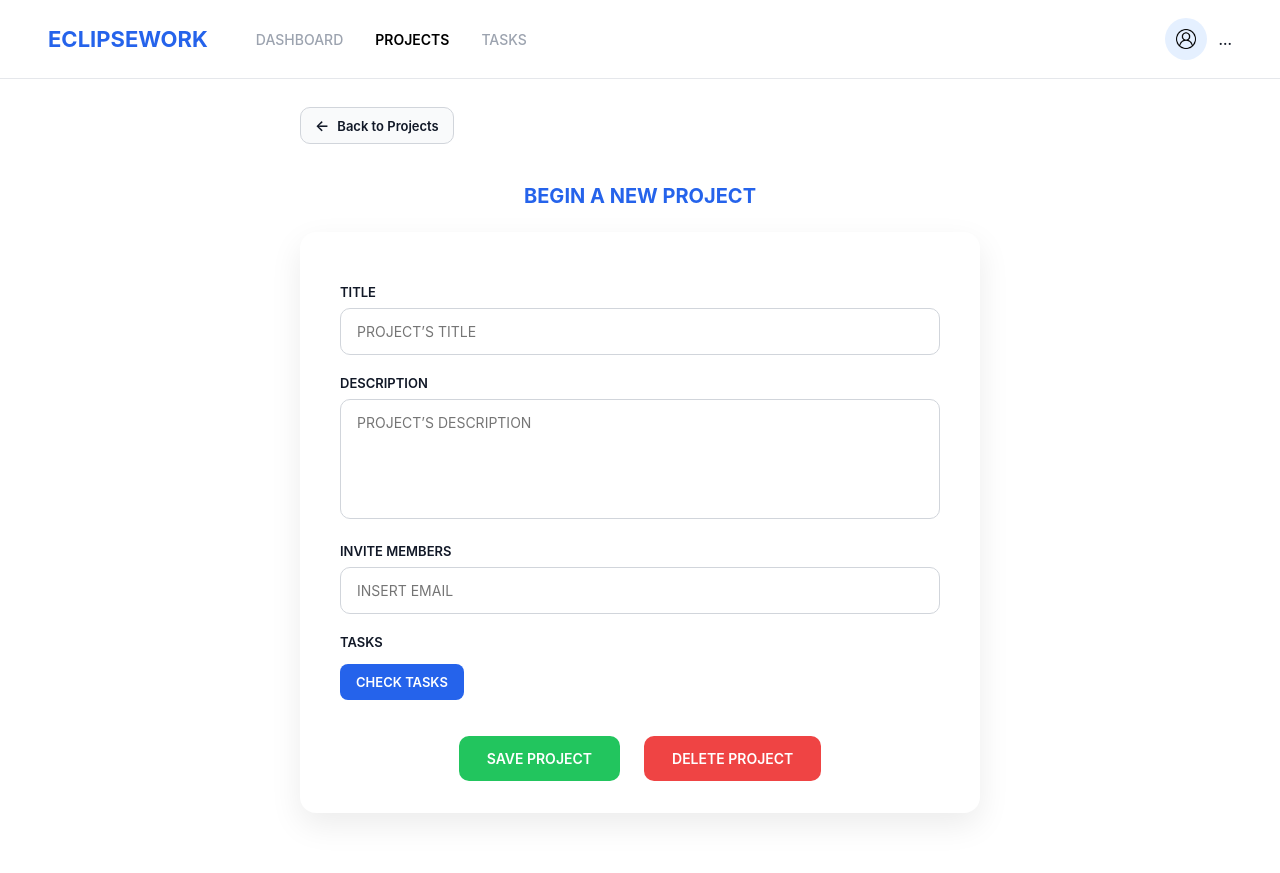
Repository: lynaannou/work-management-app
Page: src/main/resources/ressources/view/project-form.html
The author's editor kept a copy of each file at every save. The page is drawn from the files as they stood at one save, then again after the next save.
The browser window is 1280 px wide. The pictures show the whole page.

Above is the page before, as saved 2025-12-25 00:34:42.

After the next save:
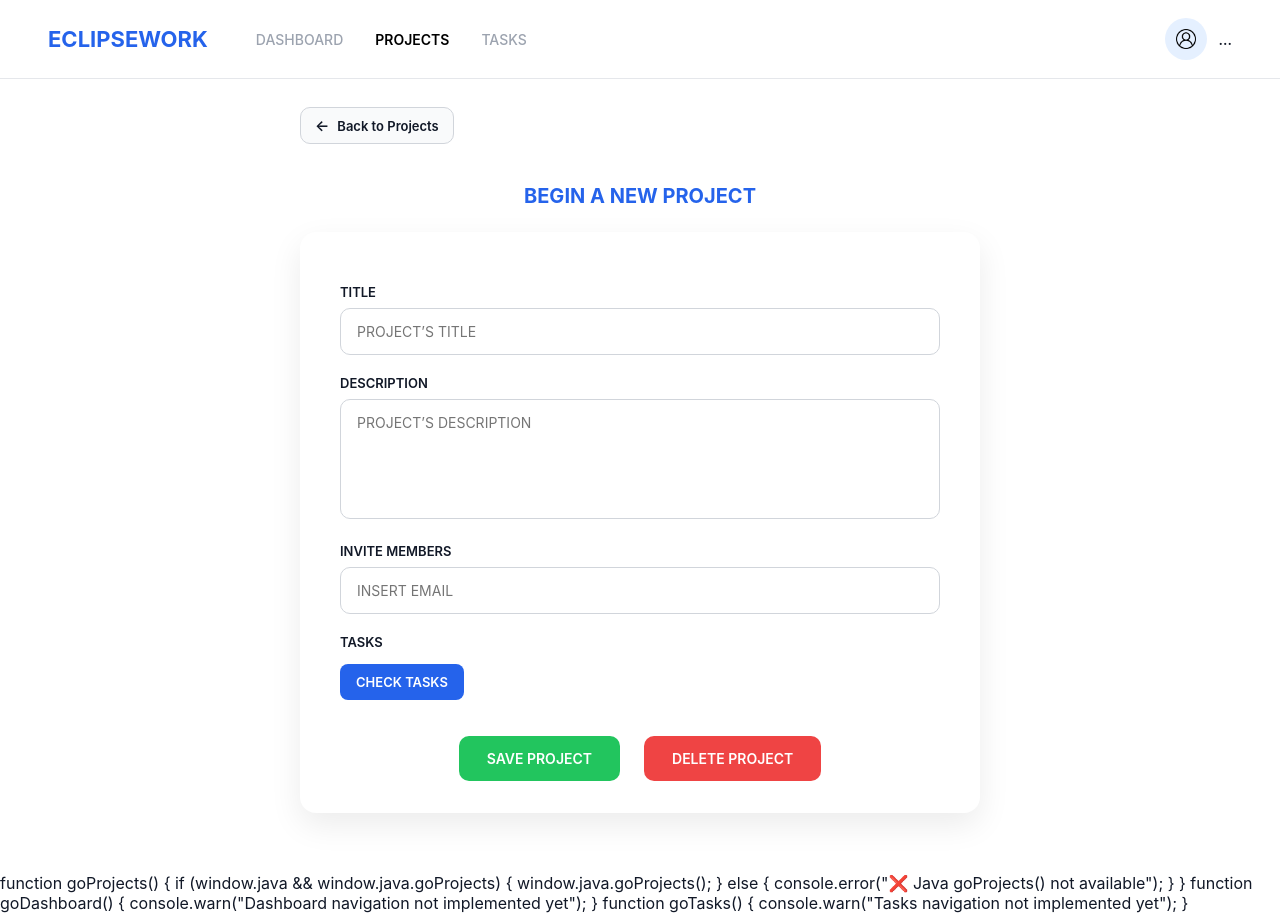
Saved 2 min 9 s later.
--- a/src/main/resources/ressources/view/project-form.html
+++ b/src/main/resources/ressources/view/project-form.html
@@ -223,13 +223,20 @@
 // Start initialization
 initUserContext();
 </script>
-<script>
-function goBackToProjects() {
-  if (window.java && window.java.navigateTo) {
-    window.java.navigateTo("projects.html");
-  } else {
-    console.warn("Projects navigation not available");
-  }
+function goProjects() {
+    if (window.java && window.java.goProjects) {
+        window.java.goProjects();
+    } else {
+        console.error("❌ Java goProjects() not available");
+    }
+}
+
+function goDashboard() {
+    console.warn("Dashboard navigation not implemented yet");
+}
+
+function goTasks() {
+    console.warn("Tasks navigation not implemented yet");
 }
 </script>
 

After the save that followed:
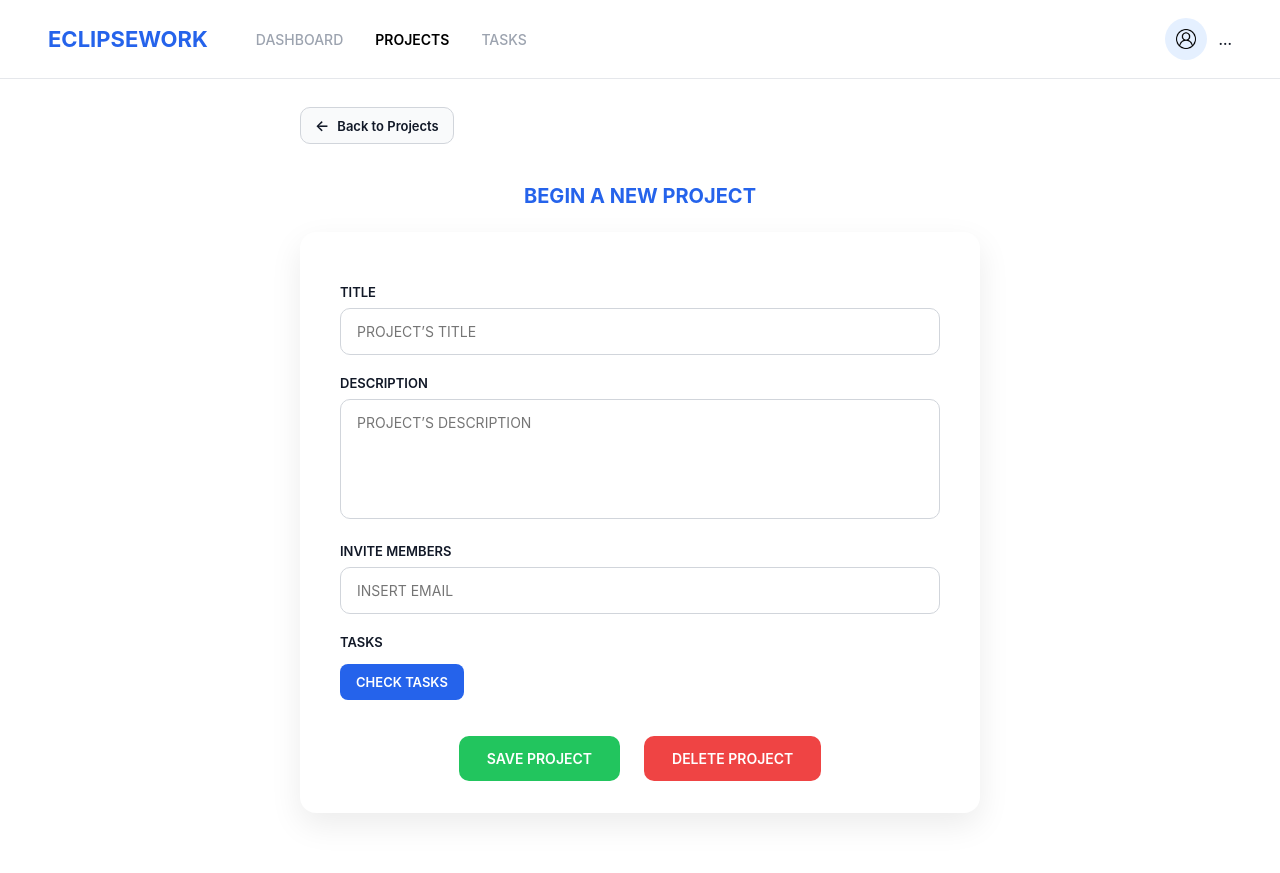
Saved 12 s later.
--- a/src/main/resources/ressources/view/project-form.html
+++ b/src/main/resources/ressources/view/project-form.html
@@ -223,6 +223,7 @@
 // Start initialization
 initUserContext();
 </script>
+<script>
 function goProjects() {
     if (window.java && window.java.goProjects) {
         window.java.goProjects();
